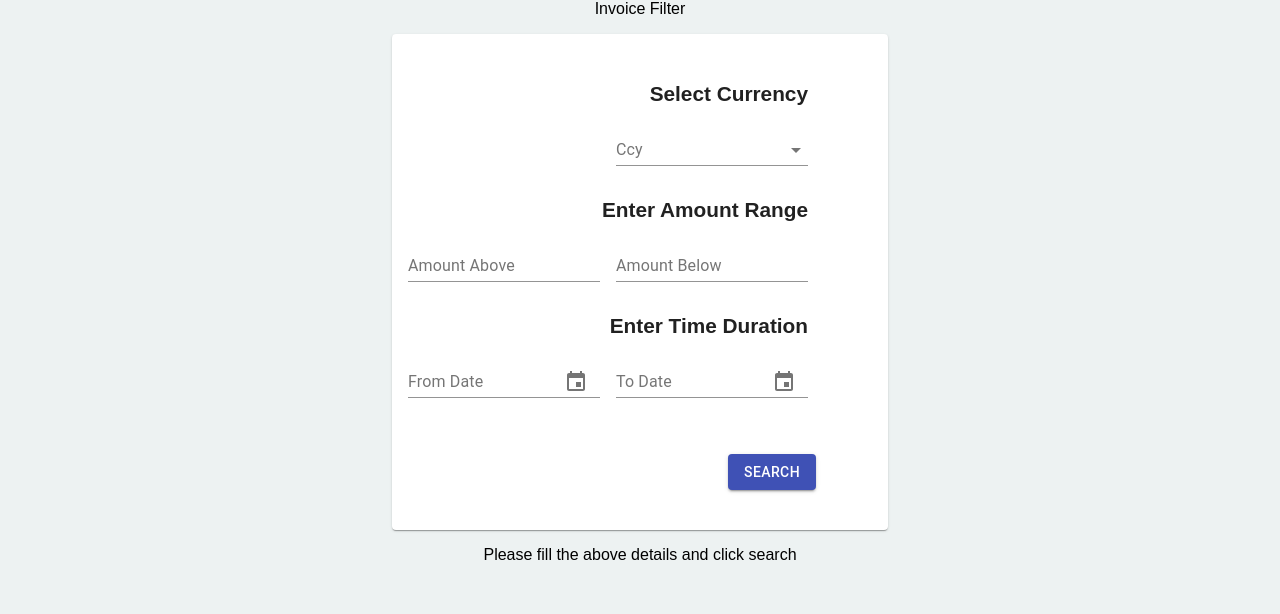
Repository: AmanullaChishty/filter
Page: /
These files come from the project's save history. The page is drawn as it stood at one moment and after the next save; the edit follows.
The browser window is 1280 px wide. The pictures show the whole page.
The project was rebuilt for these pictures with package versions that can differ from the ones it lists, and the page was loaded fresh each time.

Above is the page before, as saved 2020-01-26 22:13:04.

### src/index.js
import React from 'react';
import ReactDOM from 'react-dom';

// Required for Redux store setup
import { Provider } from 'react-redux'
import configureStore from './store';

import './index.css';
import App from './App';
import registerServiceWorker from './registerServiceWorker';

ReactDOM.render(
  <Provider store={configureStore()}>
    <App />
  </Provider>,
  document.getElementById('root')
);
registerServiceWorker();

### src/store.js
import { createStore, applyMiddleware } from 'redux';
import thunk from 'redux-thunk';
import rootReducer from './reducers/rootReducer';

export default function configureStore(initialState={}) {
  return createStore(
    rootReducer,
    applyMiddleware(thunk)
  );
}

### src/App.js
import React, { Component } from 'react';
import './App.css';
import GridList from './gridList'
import SearchBar from './searchBar/components/searchBar';



/**
 * @class App
 * @extends {Component}
 */
class App extends Component {



  /**
   * @memberof App
   * @summary handles button click
   */


  render() {
    return (
      <div className="App">
        <span className="header">Invoice Filter</span>
        <SearchBar/>
        <GridList/>
      </div>
    );
  }
}

export default App;

### src/reducers/rootReducer.js
import { combineReducers } from 'redux';
import searchReducer from '../searchBar/reducers/searchReducer'

export default combineReducers({
  searchReducer
});

### src/App.css
body{

  background-color: #edf2f2;
}
.App{
  text-align: center;
}

### src/gridList.js
import React, { Component } from 'react';
import { connect } from 'react-redux';
import MUIDataTable from "mui-datatables";
import { getSearchCriteria, getSearchData } from './searchBar/selectors/searchSelectors';


const headers = [{ name: "invoice_id", label: "Invoice id", options: { filter: true, sort: true, } },{ name: "reference", label: "Reference", options: { filter: true, sort: true, } },
{ name: "maturity_date", label: "Maturity Date", options: { filter: true, sort: true, } },{ name: "invoice_amount", label: "Invoice Amount", options: { filter: true, sort: true, } },
{ name: "ccy", label: "CCY", options: { filter: true, sort: true, } },{ name: "buyer", label: "Buyer", options: { filter: true, sort: true, } },
{ name: "supplier", label: "Supplier", options: { filter: true, sort: true, } },{ name: "invoice_date", label: "Invoice Date", options: { filter: true, sort: true, } },]

const options = {
  filterType: "checkbox",
  responsive: "stacked",
}

class GridList extends Component {
  render() {
    const {result,seacrhedData} = this.props;

    if(seacrhedData){
      if(seacrhedData.startDate){
        let date=new Date(seacrhedData.startDate)
        let yyyy = date.getFullYear();
        let mm =date.getMonth()+1
        let dd=date.getDate();
        seacrhedData.startDate = dd+'/'+ mm +'/'+yyyy;

      }
      if(seacrhedData.endDate){
        let date=new Date(seacrhedData.endDate)
        let yyyy = date.getFullYear();
        let mm =date.getMonth()+1
        let dd=date.getDate();
        seacrhedData.endDate = dd+'/'+ mm +'/'+yyyy;

      }
    }
    const title=('Currency '+seacrhedData.ccy + ' Invoices with value between '+ seacrhedData.ccy+ ' '+ seacrhedData.lowerLimit +' - '+ seacrhedData.upperLimit +' maturing between '+seacrhedData.startDate+' and '+ seacrhedData.endDate)

    if(result.length>0){
      result.forEach(item=>{
        if(item.maturity_date){
          let date=new Date(item.maturity_date*1000)
          let yyyy = date.getFullYear();
          let mm =date.getMonth()+1
          let dd=date.getDate();
            item.maturity_date = dd+'/'+ mm +'/'+yyyy;

        }
      })
    }
    return (
     <div>
       {result.length>0?(<MUIDataTable
            title={title}
            data={result}
            columns={headers}
            options={options}
          />):'Please fill the above details and click search'}
     </div>
    );
  }
}


const mapStateToProps=state=> {
  return {
      result: getSearchData(state),
      seacrhedData:getSearchCriteria(state)
      };
}


export default connect(mapStateToProps)(GridList);

### src/searchBar/components/searchBar.js
import React, { Component, Fragment } from 'react';
import { connect } from 'react-redux';
import { bindActionCreators } from 'redux';
import { fetchData } from '../actions/fetchData';
import { search } from '../actions/searchAction';
import { getData, getSearchData } from '../selectors/searchSelectors';
import InputLabel from '@material-ui/core/InputLabel';
import MenuItem from '@material-ui/core/MenuItem';
import FormControl from '@material-ui/core/FormControl';
import Select from '@material-ui/core/Select';
import { Grid, Card, CardContent,CardActions, Input, Button, InputAdornment } from '@material-ui/core';
import DateFnsUtils from '@date-io/date-fns';
import { KeyboardDatePicker, MuiPickersUtilsProvider } from "@material-ui/pickers";
import 'date-fns';


class SearchBar extends Component {

  constructor(props){
    super(props);
    this.handleChange=this.handleChange.bind(this)
    this.setLowerLimit=this.setLowerLimit.bind(this)
    this.setUpperLimit=this.setUpperLimit.bind(this)
    this.setStartDate=this.setStartDate.bind(this)
    this.setEndDate=this.setEndDate.bind(this)
    this.submitSearch=this.submitSearch.bind(this)
    this.state = {
      ccy:'',
      lowerLimit:'',
      upperLimit:'',
      startDate:null,
      endDate:null,
      storeStartDate:null,
      storeEndDate:null

    }
  }

  componentDidMount() {

    }



  handleChange(event){
    let val = event.target.value
      this.setState({ccy:val})
  };

  setLowerLimit(event){
    let val = event.target.value
    this.setState({lowerLimit:val});
  }

  setUpperLimit(event){
    let val = event.target.value
    this.setState({upperLimit:val})

  }
  setStartDate(event){
    let val = Math.floor(event.getTime()/1000)
    this.setState({storeStartDate:val})
    this.setState({startDate:event})

  }

  setEndDate(event){
    let val = Math.floor(event.getTime()/1000)
    this.setState({storeEndDate:val})
    this.setState({endDate:event})

  }

  submitSearch(){
    const { fetchAllData,searchData } = this.props;
    fetchAllData();
    setTimeout(()=>{searchData(this.state)},100)

  }


  render() {
    const sectionGrid={ display: 'flex', justifyContent: 'end', alignItems: 'end', flexDirection: 'column', marginBottom: '2em' }
    const sectionLabel = { fontSize: '1.3em', fontWeight: 'bold', marginBottom: '-.2em' }
    const innerSection={ display: 'flex', justifyContent: 'center', alignItems: 'center', }
    const formControlStyle={ width: '12em', marginTop: '1em' }
    const formControlStyleLeft={ width: '12em', marginTop: '1em', marginLeft: '1em' }
    const {ccy,lowerLimit,upperLimit,startDate,endDate} = this.state

    return (
      <Grid style={{display:'flex',justifyContent:'center',alignItems:'center',flexDirection:'column'}}>
    <Card style={{maxWidth:400,width:'100%',padding:'2em 4em 2em 2em',margin:'1em 0'}}>
      <CardContent>
            <Grid style={sectionGrid}>
              <span style={sectionLabel}>Select Currency</span>
              <FormControl style={formControlStyle} >

                <InputLabel id="ccy">
                  Ccy
                </InputLabel>
                <Select
                  labelId="ccy"
                  id="simple-select"
                  value={ccy}
                  onChange={this.handleChange}>
                  <MenuItem value={'USD'}>USD</MenuItem>
                  <MenuItem value={'INR'}>INR</MenuItem>
                  <MenuItem value={'JPY'}>JPY</MenuItem>
                  <MenuItem value={'RYD'}>RYD</MenuItem>
                </Select>
              </FormControl>
            </Grid>

            <Grid style={sectionGrid}>
              <span style={sectionLabel}>Enter Amount Range</span>
              <Grid style={innerSection}>
                <FormControl style={formControlStyle} >

                  <InputLabel id="ccy">
                    Amount Above
                  </InputLabel>
                  <Input
                  type='number'
                  value={lowerLimit}
                  startAdornment={ccy!==''?(<InputAdornment position="start">{ccy}</InputAdornment>):null}
                  onChange={this.setLowerLimit}/>
                </FormControl>
                <FormControl style={formControlStyleLeft} >
                  <InputLabel id="ccy">
                    Amount Below
                  </InputLabel>
                  <Input
                  type='number'
                  value={upperLimit}
                  startAdornment={ccy!==''?(<InputAdornment position="start">{ccy}</InputAdornment>):null}
                  onChange={this.setUpperLimit} />
                </FormControl>
              </Grid>
            </Grid>

            <Grid style={sectionGrid}>
              <span style={sectionLabel}>Enter Time Duration</span>
              <Grid style={innerSection}>
                <FormControl style={formControlStyle} >
                  <Fragment>
                    <MuiPickersUtilsProvider utils={DateFnsUtils}>
                      <KeyboardDatePicker
                        label="From Date"
                        clearable
                        value={startDate}
                        placeholder="Select from date"
                        onChange={this.setStartDate}
                        format="dd/MM/yyyy"
                      />
                    </MuiPickersUtilsProvider>
                  </Fragment>
                </FormControl>
                <FormControl style={formControlStyleLeft} >
                <Fragment>
                    <MuiPickersUtilsProvider utils={DateFnsUtils}>
                      <KeyboardDatePicker
                        label="To Date"
                        clearable
                        value={endDate}
                        placeholder="Select end date"
                        onChange={this.setEndDate}
                        format="dd/MM/yyyy"
                      />
                    </MuiPickersUtilsProvider>
                  </Fragment>
                </FormControl>
              </Grid>
            </Grid>

      </CardContent>
      <CardActions style={{float:'right'}}>
        <Button variant="contained" color="primary" onClick={this.submitSearch}>
          Search
        </Button>
      </CardActions>
      </Card>
    </Grid>
    );
  }
}


const mapStateToProps=state=> {
    return {
        value: getSearchData(state),
        content:getData(state)
        };
  }

const mapDispatchToProps = dispatch => bindActionCreators({
    searchData: search,
    fetchAllData:fetchData,
}, dispatch)


export default connect(mapStateToProps, mapDispatchToProps)(SearchBar);

### src/searchBar/reducers/searchReducer.js
import { SEARCH, SUCCESS } from '../actions/searchAction';

const initialState = {contents: [], value: '', serachedValue: []};

export default function searchReducer(state = initialState, action) {
  switch(action.type) {
    case SUCCESS: {
      const {contents} = action;
      return {
        ...state,
        contents:contents
      };
    }
    case SEARCH: {
      const {value} = action;
      let filteredData=[value]
      const serachedData = state.contents.filter((val) => filteredData.find(
        ({ccy,lowerLimit,upperLimit,storeStartDate,storeEndDate})=>(
          val.ccy === ccy && val.invoice_amount>lowerLimit && val.invoice_amount<upperLimit && val.maturity_date>storeStartDate && val.maturity_date<storeEndDate
          )
        ));

      return {
        ...state,
        value:value,
        serachedValue:serachedData
      };
    }
    default:
      return state;
  }
}

### src/searchBar/selectors/searchSelectors.js
import { createSelector } from 'reselect';

export const getSearchData = createSelector(
    state => state.searchReducer.serachedValue,
    serachedValue => serachedValue
)

export const getSearchCriteria = createSelector(
    state => state.searchReducer.value,
    value => value
)

export const getData = createSelector(
    state => state.searchReducer.contents,
    contents=>contents
)

### src/searchBar/actions/fetchData.js
import { getData } from "./searchAction";

//https://my.api.mockaroo.com/tallydata.json?key=1e3baa20
function fetchData() {
    return dispatch => {
        fetch('data.json')
        .then(res => res.json())
        .then(res => {
            if(res.error) {
                throw(res.error);
            }
            dispatch(getData(res));

            return res;
        })
        .catch(error => {
            alert(error);
        })
    }
}

export { fetchData };

### src/searchBar/actions/searchAction.js
export const SEARCH = 'SEARCH';
export const SUCCESS = 'SUCCESS'

export function search(value) {
  return {
      type: SEARCH,
      value:value
    };
}

export function getData(res) {
  return {
      type: SUCCESS,
      contents:res
    };
}

Loaded but not shown: public/index.html (common file); src/index.css (common file); src/registerServiceWorker.js (common file)

After the next save:
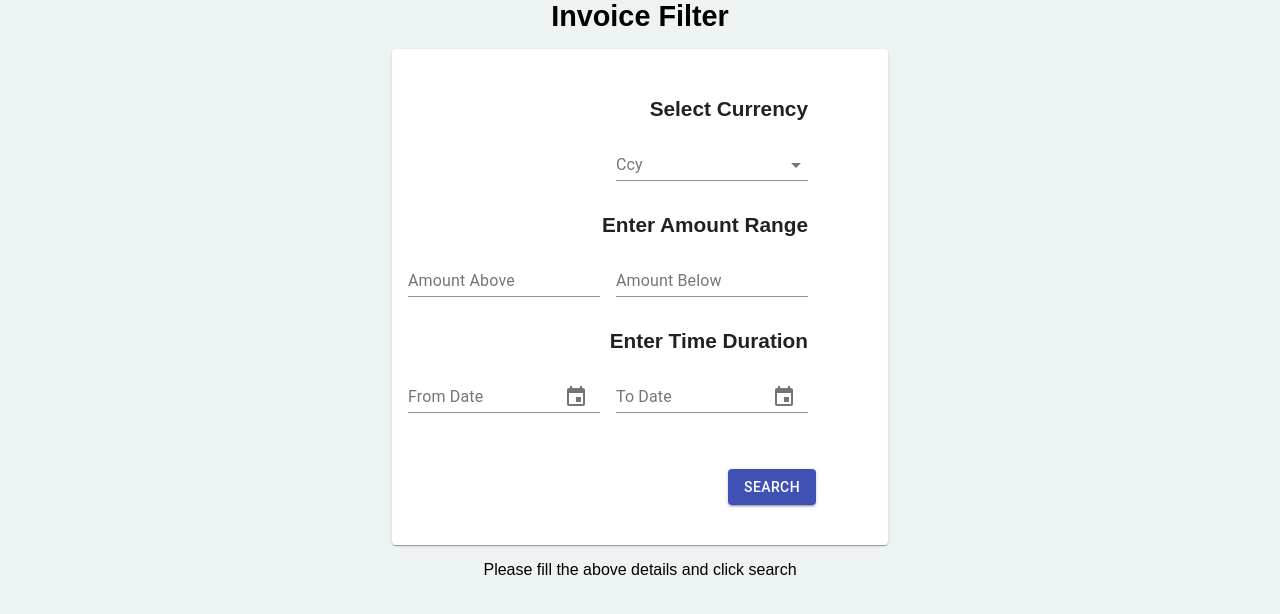
Saved 76 s later.
--- a/src/App.css
+++ b/src/App.css
@@ -5,3 +5,8 @@ body{
 .App{
   text-align: center;
 }
+.header{
+  font-size: 1.8em;
+  font-weight: bold;
+  margin-bottom: -.2em;
+}
